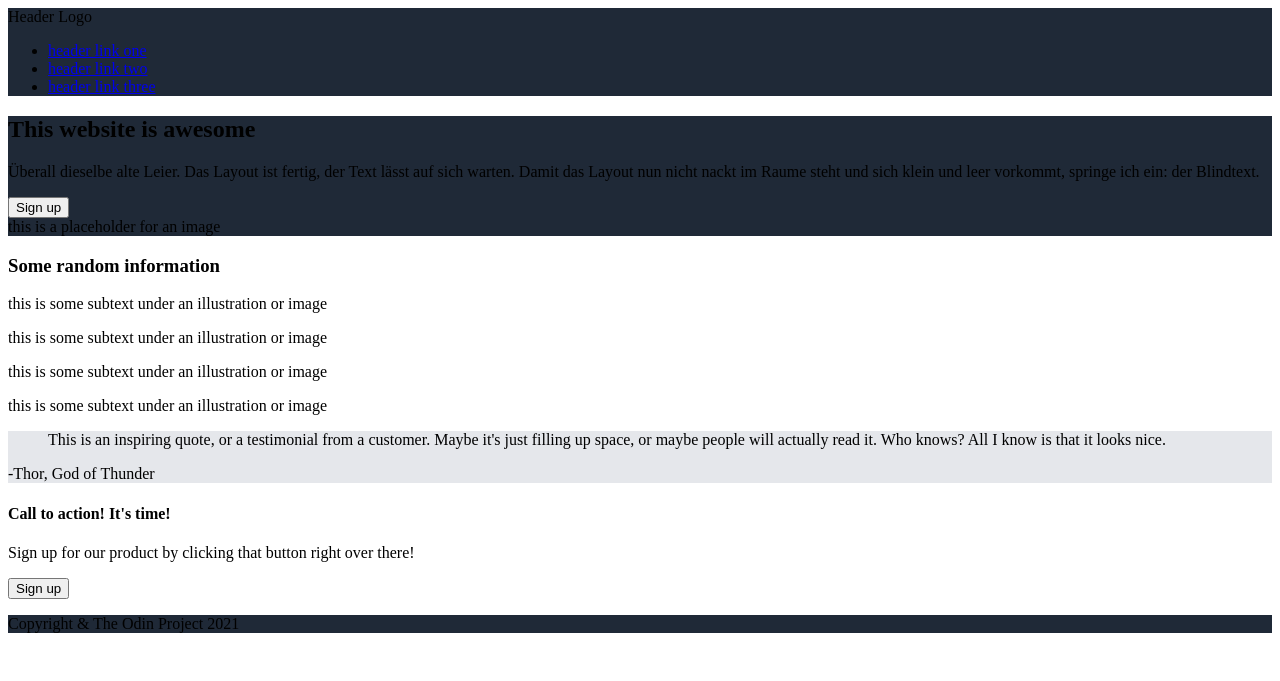
Repository: evemcd/odin_project
Page: odin-project2-landing-page/index.html
The author's editor kept a copy of each file at every save. The page is drawn from the files as they stood at one save, then again after the next save.
The browser window is 1280 px wide. The pictures show the whole page.

Above is the page before, as saved 2022-02-08 09:04:42.

### odin-project2-landing-page/index.html
<!DOCTYPE html>
<html lang="en">
<head>
    <meta charset="UTF-8">
    <title>Odin Project 2 Landing Page</title>
    <link rel="stylesheet" href="style.css">
</head>
<body>
    <header>
        <span>Header Logo</span>
        <ul>
            <li><a href="#">header link one</a></li>
            <li><a href="#">header link two</a></li>
            <li><a href="#">header link three</a></li>
        </ul>
    </header>

    <div class="container1">
        <div>
            <h2>This website is awesome</h2>
            <p>Überall dieselbe alte Leier. Das Layout ist fertig, der Text lässt auf sich warten. Damit das Layout nun nicht nackt im Raume steht und sich klein und leer vorkommt, springe ich ein: der Blindtext.</p>
            <button>Sign up</button>
        </div>
        <div>
            <span>this is a placeholder for an image</span>
        </div>
    </div>

    <div class="container2">
        <h3>Some random information</h3>
        <div>
            <div>
                <div class="box"></div>
                <p>this is some subtext under an illustration or image</p>
            </div>
            <div>
                <div class="box"></div>
                <p>this is some subtext under an illustration or image</p>
            </div>
            <div>
                <div class="box"></div>
                <p>this is some subtext under an illustration or image</p>
            </div>
            <div>
                <div class="box"></div>
                <p>this is some subtext under an illustration or image</p>
            </div>
        </div>
    </div>

    <div class="container3">
        <blockquote>This is an inspiring quote, or a testimonial from a customer. Maybe it's just filling up space, or maybe people will actually read it. Who knows? All I know is that it looks nice.</blockquote>
        <span>-Thor, God of Thunder</span>
    </div>

    <div class="container4">
        <div>
            <div>
            <h4>Call to action! It's time!</h4>
            <p>Sign up for our product by clicking that button right over there!</p>
        </div>
        <button>Sign up</button>
        </div>
    </div>

    <footer>
        <p>Copyright &amp; The Odin Project 2021</p>
    </footer>
</body>
</html>

### odin-project2-landing-page/style.css
header,
.container1,
footer {
    background-color: #1F2937;
}

.container2,
.container4 {
    background-color: white;
}

.container3 {
    background-color: #E5E7EB;
}

After the next save:
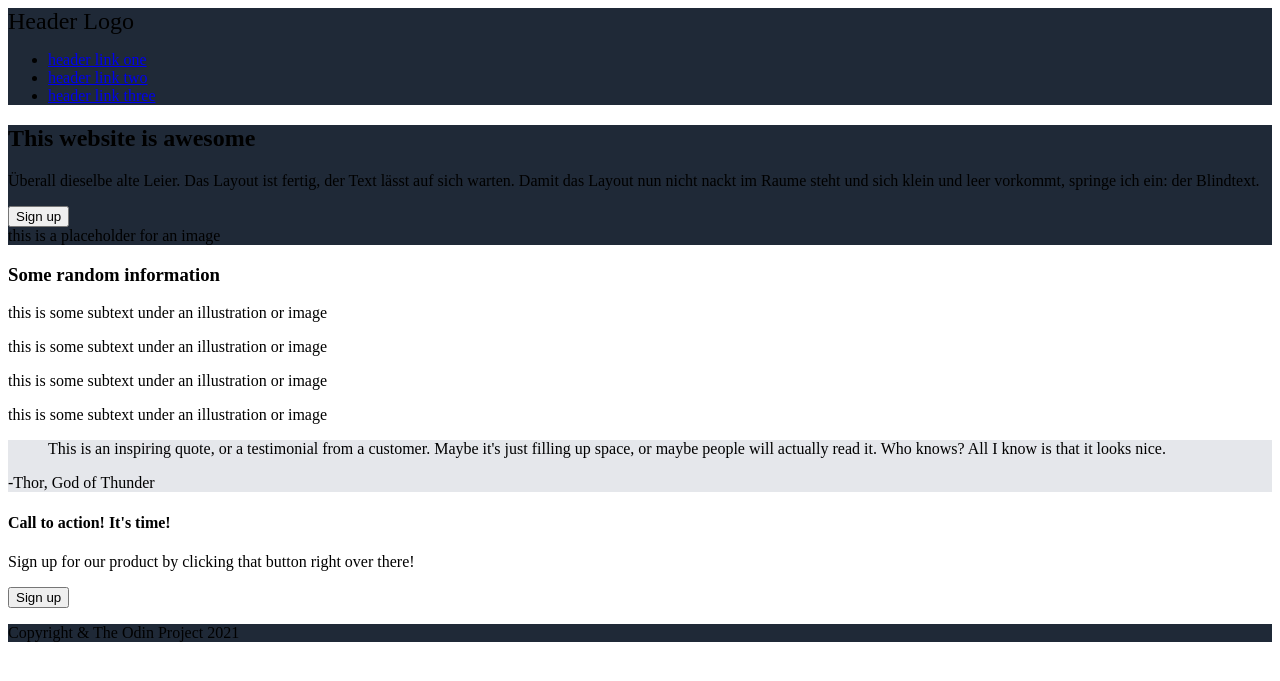
Saved 51 s later.
--- a/odin-project2-landing-page/style.css
+++ b/odin-project2-landing-page/style.css
@@ -12,3 +12,7 @@ footer {
 .container3 {
     background-color: #E5E7EB;
 }
+
+header>span {
+    font-size: 24px;
+}
